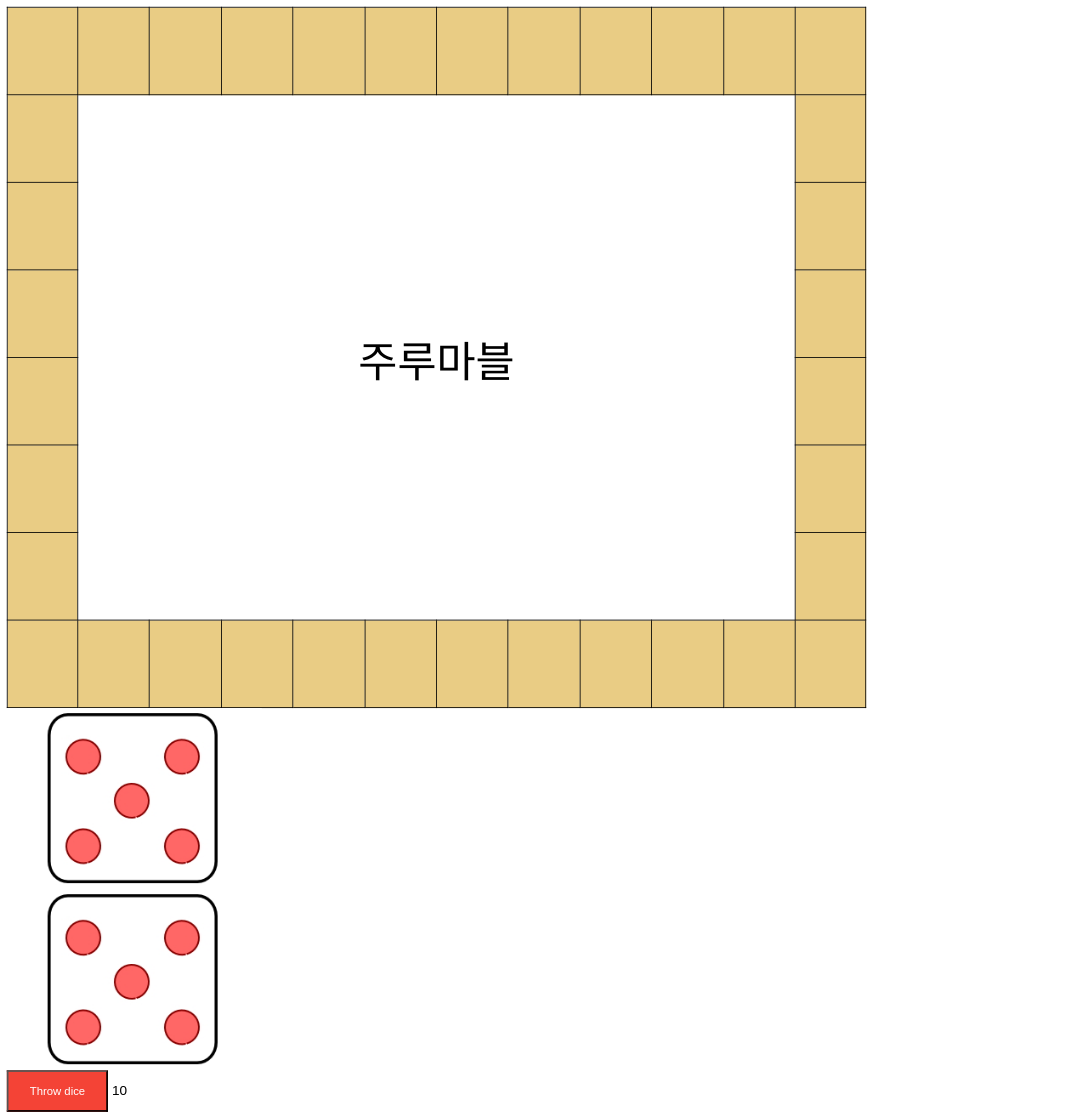
Repository: boseung2/Study-JSP
Page: http://localhost/MyWebSite/soju.jsp
An editor plug-in stored every save of this project. The page is shown before and after the next save, followed by the edit.
The browser window is 1280 px wide. The pictures show the whole page, at 85% of full size.
The page is served by Tomcat 9. Other server files are loaded and not shown.

Above is the page before, as saved 2021-01-21 02:19:53.

### MyWebSite/WebContent/soju.jsp
<%@ page language="java" contentType="text/html; charset=UTF-8"
    pageEncoding="UTF-8"%>
<!DOCTYPE html>
<html>
<head>
<meta charset="UTF-8">
<title>주루마블</title>
<style>
	body {
	  font-family: Arial, Helvetica, sans-serif;
	}

	button {
	  background-color: #f44336;
	  color: white;
	  padding: 15px 25px;
	  text-align: center;
	  text-decoration: none;
	  display: inline-block;
	}

    table, th, td {
        border: 1px solid black;
        border-collapse: collapse;
    }

    table {
        width: 80%;
        height: 600px;
    }

    .goldblock {
        background-color: rgb(233, 204, 132);
        text-align: center;
        width: 400px;
        height: 100px;
    }
    .whiteblock {
        background-color: white;
        text-align: center;
        width: 400px;
        height: 100px;
    }

    #center {
        font-size: 50px;
        text-align: center;
    }
</style>
</head>
<body>
<%
int random1 = (int) (Math.random() * 6 + 1);
int random2 = (int) (Math.random() * 6 + 1);
int sum = random1 + random2;
%>
<div class="all">
<div class="a">
<table>
        <tr>
          <td class="goldblock" id="8"></td>
          <td class="goldblock" id="9"></td>
          <td class="goldblock" id="10"></td>
          <td class="goldblock" id="11"></td>
          <td class="goldblock" id="12"></td>
          <td class="goldblock" id="13"></td>
          <td class="goldblock" id="14"></td>
          <td class="goldblock" id="15"></td>
          <td class="goldblock" id="16"></td>
          <td class="goldblock" id="17"></td>
          <td class="goldblock" id="18"></td>
          <td class="goldblock" id="19"></td>
        </tr>
        <tr>
            <td class="goldblock" id="7"></td>
            <td colspan="10" rowspan="6" id="center">주루마블</td>
            <td class="goldblock" id="20"></td>
          </tr>
          <tr>
            <td class="goldblock" id="6"></td>
            <td class="goldblock" id="21"></td>
          </tr>
          <tr>
            <td class="goldblock" id="5"></td>
            <td class="goldblock" id="22"></td>
          </tr>
          <tr>
            <td class="goldblock" id="4"></td>
            <td class="goldblock" id="23"></td>
          </tr>
          <tr>
            <td class="goldblock" id="3"></td>
            <td class="goldblock" id="24"></td>
          </tr>
          <tr>
            <td class="goldblock" id="2"></td>
            <td class="goldblock" id="25"></td>
          </tr>
          <tr>
            <td class="goldblock" id="1"></td>
            <td class="goldblock" id="26"></td>
            <td class="goldblock" id="27"></td>
            <td class="goldblock" id="28"></td>
            <td class="goldblock" id="29"></td>
            <td class="goldblock" id="30"></td>
            <td class="goldblock" id="31"></td>
            <td class="goldblock" id="32"></td>
            <td class="goldblock" id="33"></td>
            <td class="goldblock" id="34"></td>
            <td class="goldblock" id="35"></td>
            <td class="goldblock" id="36"></td>
          </tr>
      </table>
</div>
<div class="b">
<%
for(int i=1; i<=6; i++) {
	for(int j=1; j<=6; j++) {
		if(random1 == i && random2 == j) {
%>
<img src="/image/dice<%=random1 %>.jpg" alt="dice\"><br>
<img src="/image/dice<%=random2 %>.jpg" alt="dice\"><br>
<%
				}
			}
		}
%>
<button onclick="document.location='soju.jsp'">Throw dice</button>
<%=sum %>
</div>
</div>
</body>
</html>

After the next save:
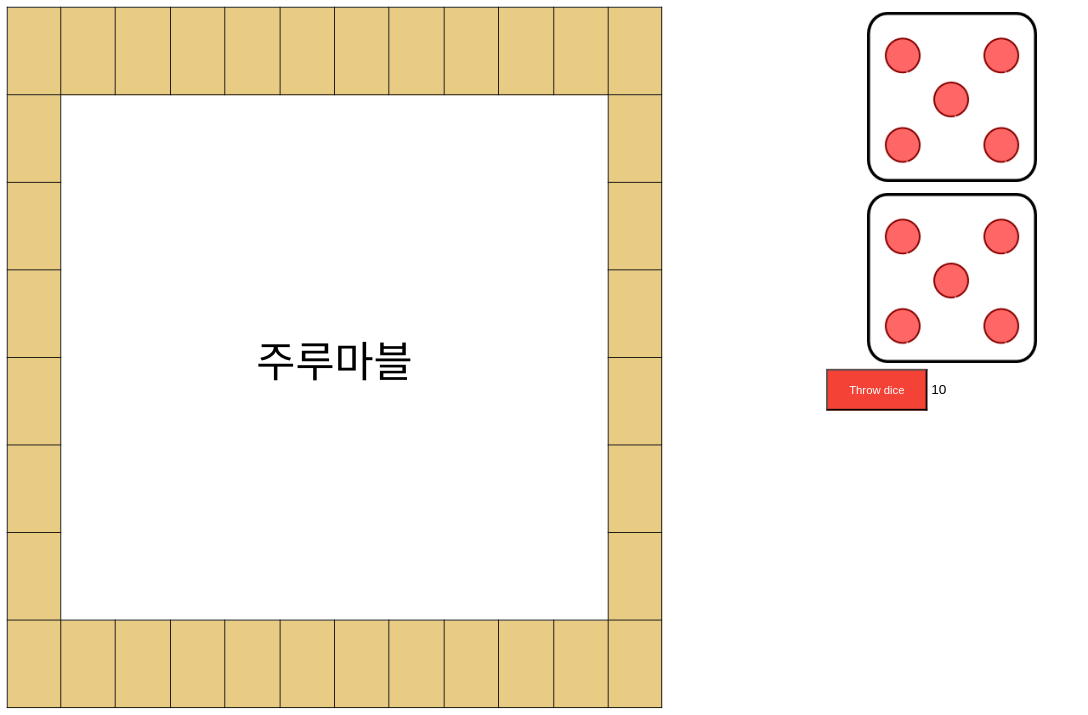
Saved 16 s later.
--- a/MyWebSite/WebContent/soju.jsp
+++ b/MyWebSite/WebContent/soju.jsp
@@ -7,7 +7,11 @@
 <title>주루마블</title>
 <style>
 	body {
-	  font-family: Arial, Helvetica, sans-serif;
+	  	font-family: Arial, Helvetica, sans-serif;
+	}
+
+	.all {
+		display: flex;
 	}
 
 	button {
